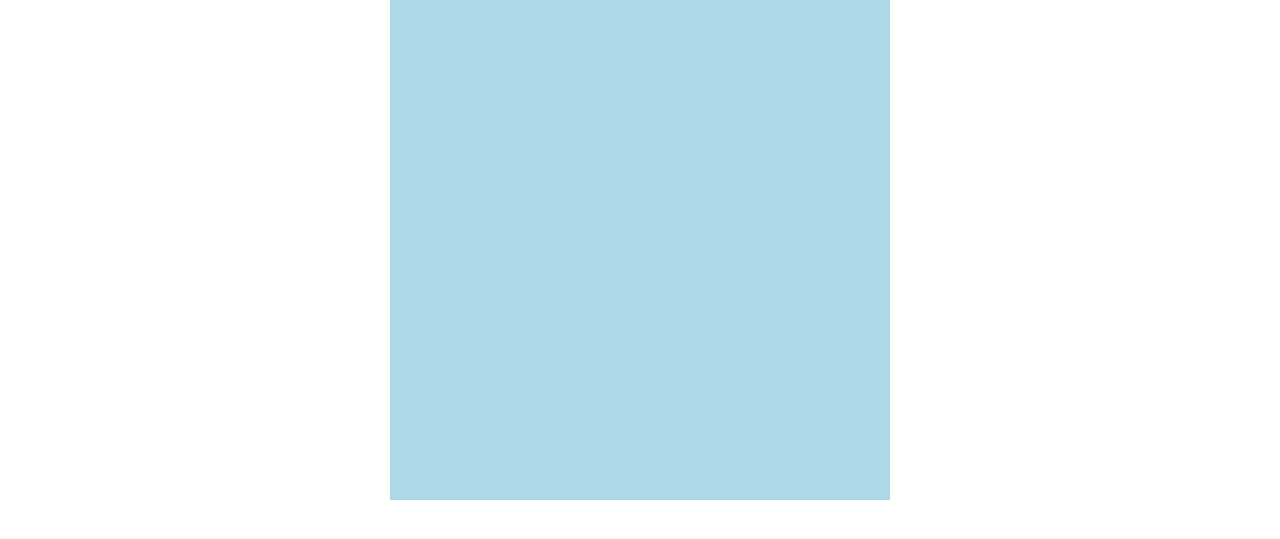
Repository: derektypist/random-quote-machine
Page: index.html
The author's editor kept a record of every edit. The page is drawn from the files as they stood at one moment, then again after the next edit.
The browser window is 1280 px wide. The pictures show the whole page.
Some web libraries are served in a nearby version.

Above is the page before.

After the next edit:
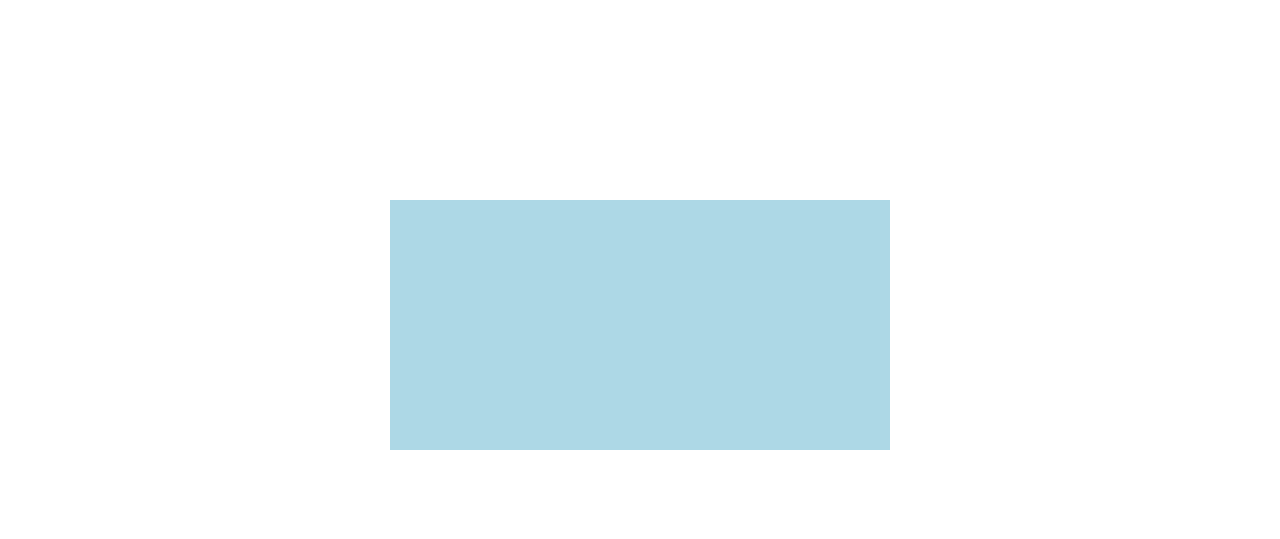
The edit:
--- a/index.html
+++ b/index.html
@@ -14,7 +14,10 @@
     #quote-box {
         font-family: "Roboto", Arial, Verdana, sans-serif;
         background-color: lightblue;
-        height: 500px;
+        display: block;
+        position: relative;
+        top: 200px;
+        height: 250px;
         width: 500px;
         margin: auto;
     }
